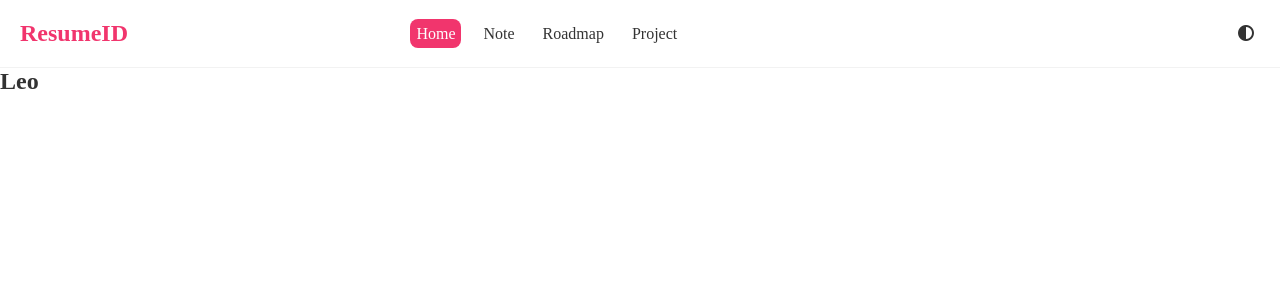
Repository: leo-play-code/ResumeID
Page: /
The author's editor kept a copy of each file at every save. The page is drawn from the files as they stood at one save, then again after the next save.
The browser window is 1280 px wide. The pictures show the whole page.
Some web libraries are served in a nearby version. The project was rebuilt for these pictures with package versions that can differ from the ones it lists, and the page was loaded fresh each time. Also part of the build but not shown: src/Note/Note.js, src/Roadmap/Roadmap.js, src/Project/Project.js.

Above is the page before, as saved 2022-10-18 13:19:24.

After the next save:
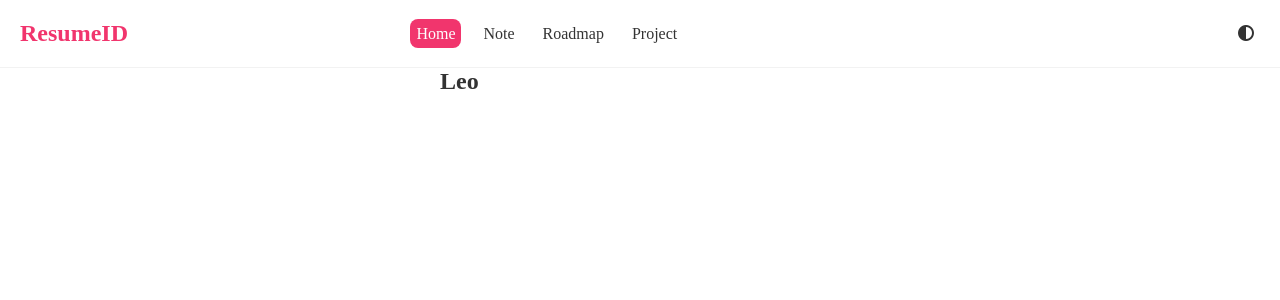
Saved 7 s later.
--- a/src/index.css
+++ b/src/index.css
@@ -44,5 +44,5 @@
 /* Home */
 .Home .profile-container{
   width:400px;
-  margin: ;
+  margin: 0 auto;
 }

After the 2 saves that followed:
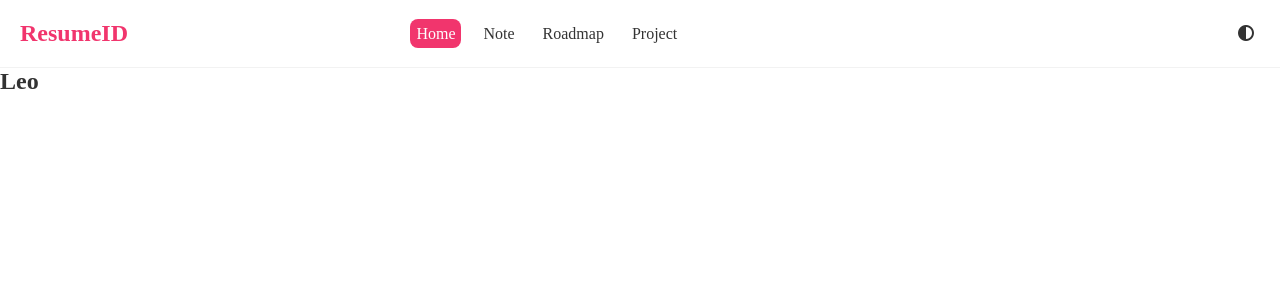
The 2 saves are shown as one change because they came seconds apart.
The last was saved 23 s later.
--- a/src/index.css
+++ b/src/index.css
@@ -44,5 +44,6 @@
 /* Home */
 .Home .profile-container{
   width:400px;
+  height:500px
   margin: 0 auto;
 }
